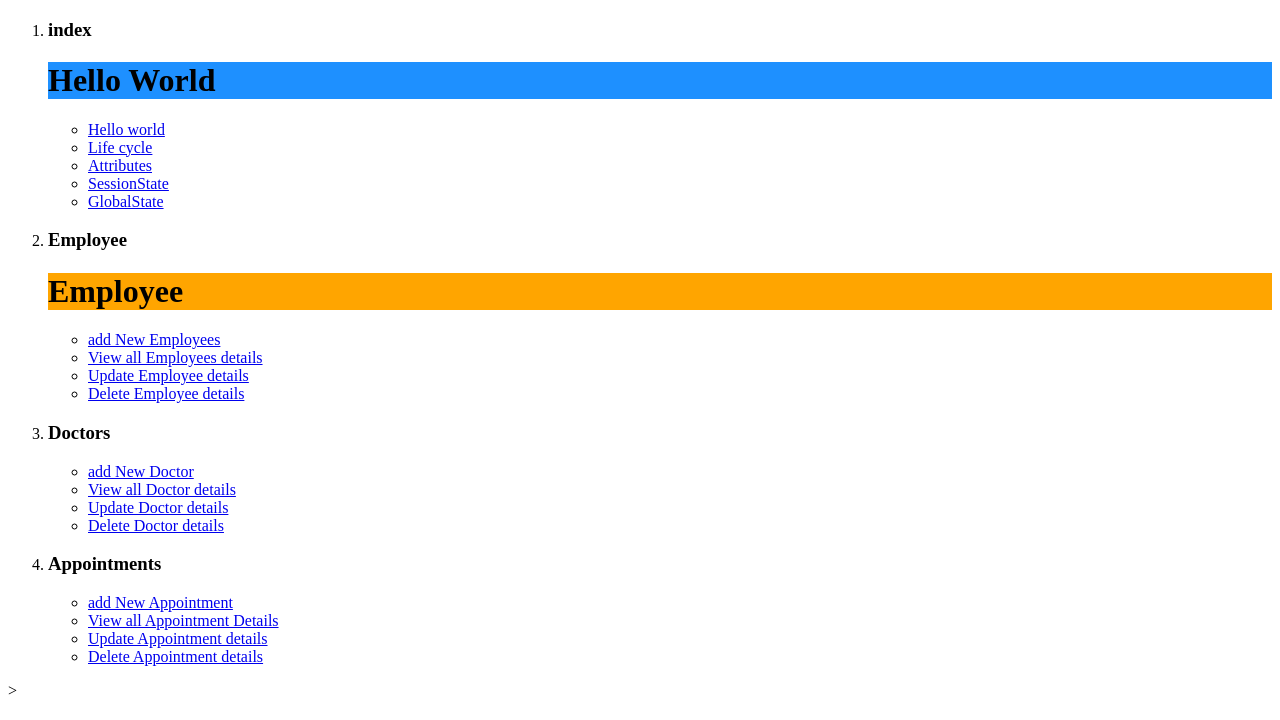
Repository: rameshraj97/Core-java
Page: firstWebsite/src/main/webapp/Index1.html
These files come from the project's save history. The page is drawn as it stood at one moment and after the next save; the edit follows.
The browser window is 1280 px wide. The pictures show the whole page.

Above is the page before, as saved 2022-05-23 11:53:18.

After the next save:
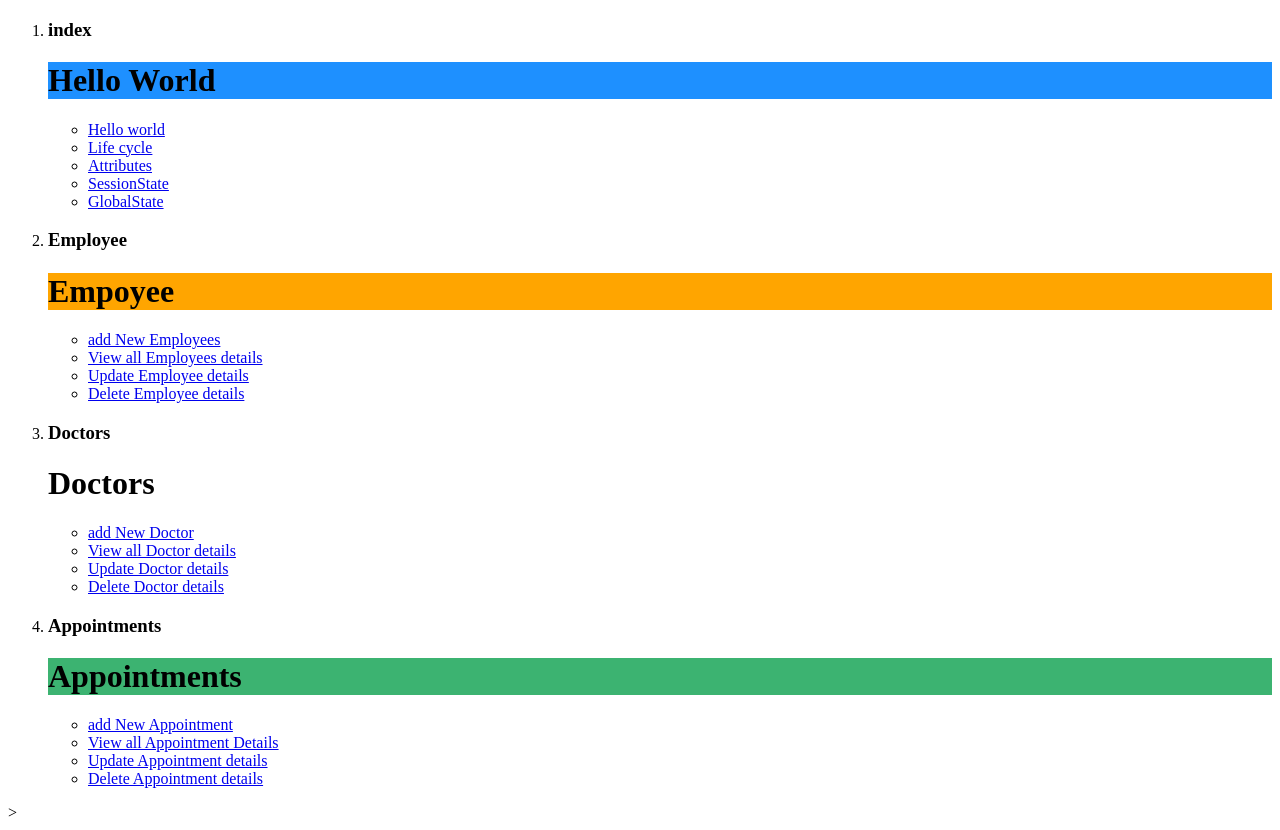
Saved 4 min 6 s later.
--- a/firstWebsite/src/main/webapp/Index1.html
+++ b/firstWebsite/src/main/webapp/Index1.html
@@ -18,7 +18,7 @@
 
           </ul>
    <li><h3>Employee</h3></li>
-      <h1 style="background-color:Orange;">Employee</h1>
+      <h1 style="background-color:Orange;">Empoyee</h1>
          <ul>
          <li><a href="/firstWebsite/AddEmployee.html">add New Employees</a></li>
          <li><a href="/firstWebsite/GetAllEmployees.html">View all Employees details</a></li>
@@ -26,6 +26,7 @@
          <li><a href="/firstWebsite/DeleteEmployeeDetails.html">Delete Employee details</a></li>
          </ul>
    <li><h3>Doctors</h3></li>
+       <h1 style="background-color:Voilet;">Doctors</h1>
          <ul>
          <li><a href="/firstWebsite/AddDoctor.html">add New Doctor</a></li>
          <li><a href="/firstWebsite/GetAllDoctors.html">View all Doctor details</a></li>
@@ -33,6 +34,7 @@
          <li><a href="/firstWebsite/DeleteDoctorDetails.html">Delete Doctor details</a></li>
          </ul>
    <li><h3>Appointments</h3></li>
+      <h1 style="background-color:MediumSeaGreen;">Appointments</h1>
          <ul>
          <li><a href="/firstWebsite/AddAppointments.html">add New Appointment</a></li>
          <li><a href="/firstWebsite/GetAllAppointments.html">View all Appointment Details</a></li>
